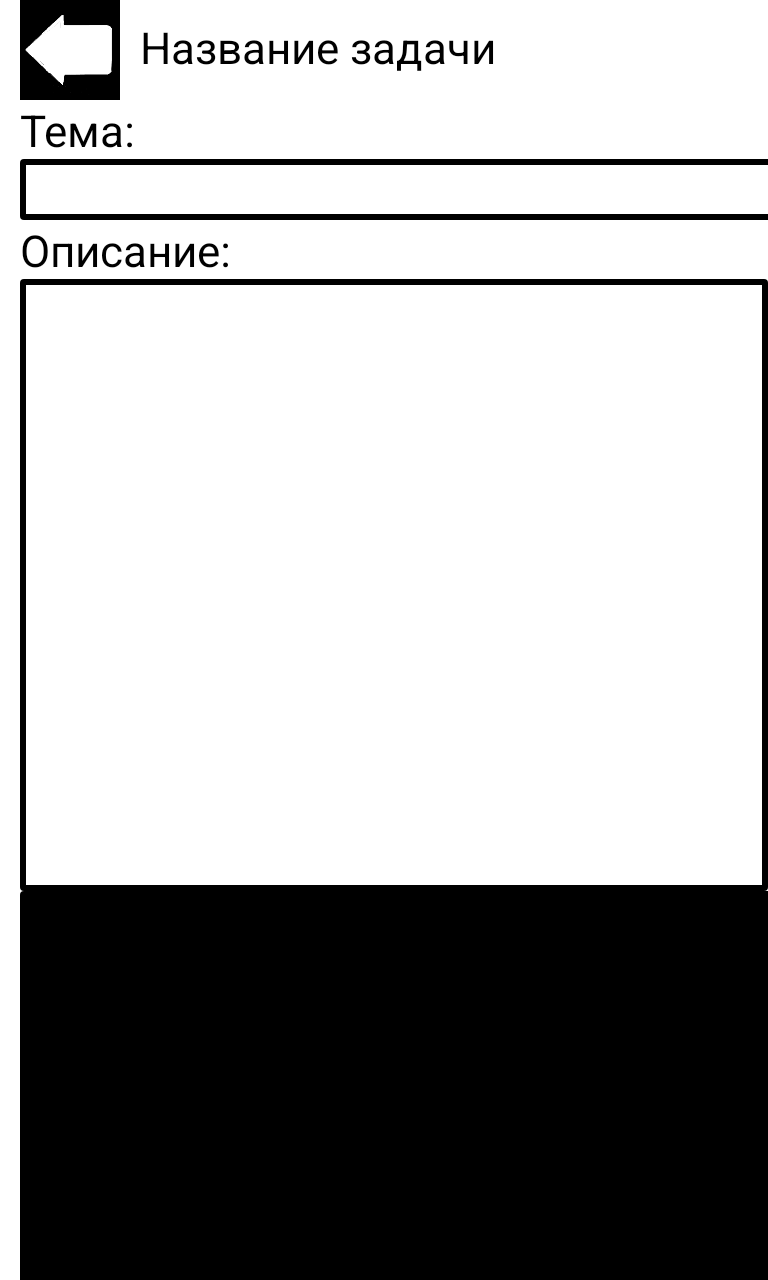
Repository: webguild/RedmineMobile
Layout: Android/RedmineAndroid/res/layout/project_add_task.xml
An editor plug-in stored every save of this project. The layout is shown before and after the next save, followed by the edit.
It is drawn on a 768 x 1280 px phone screen (xhdpi) without system bars, with theme AppTheme; the app's code is not run. Lists and similar views that code fills are empty.

Above is the layout before, as saved 2013-01-18 10:14:39.

After the next save:
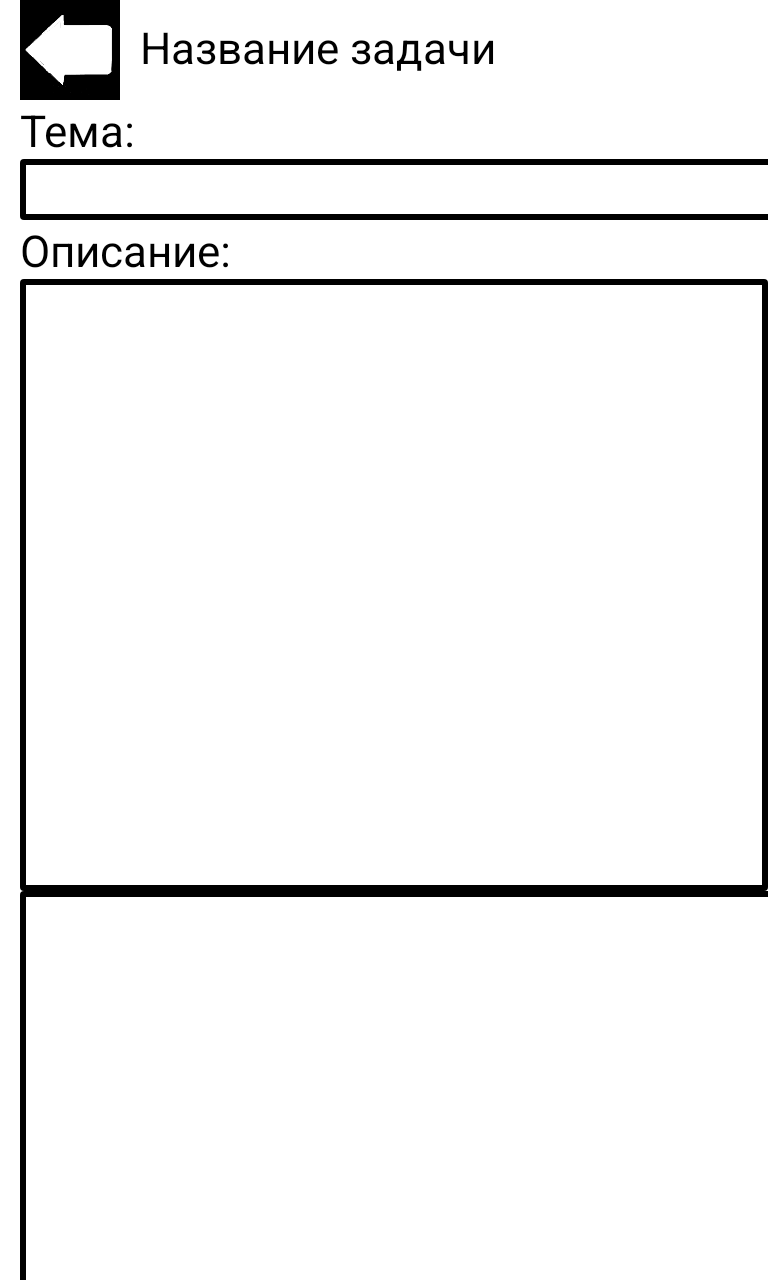
Saved 2 min 10 s later.
--- a/Android/RedmineAndroid/res/layout/project_add_task.xml
+++ b/Android/RedmineAndroid/res/layout/project_add_task.xml
@@ -84,7 +84,8 @@
         <ListView
             android:id="@+id/listView1"
             android:layout_width="match_parent"
-            android:layout_height="500dp" >
+            android:layout_height="500dp"
+            android:background="#fff" >
 
         </ListView>
 
